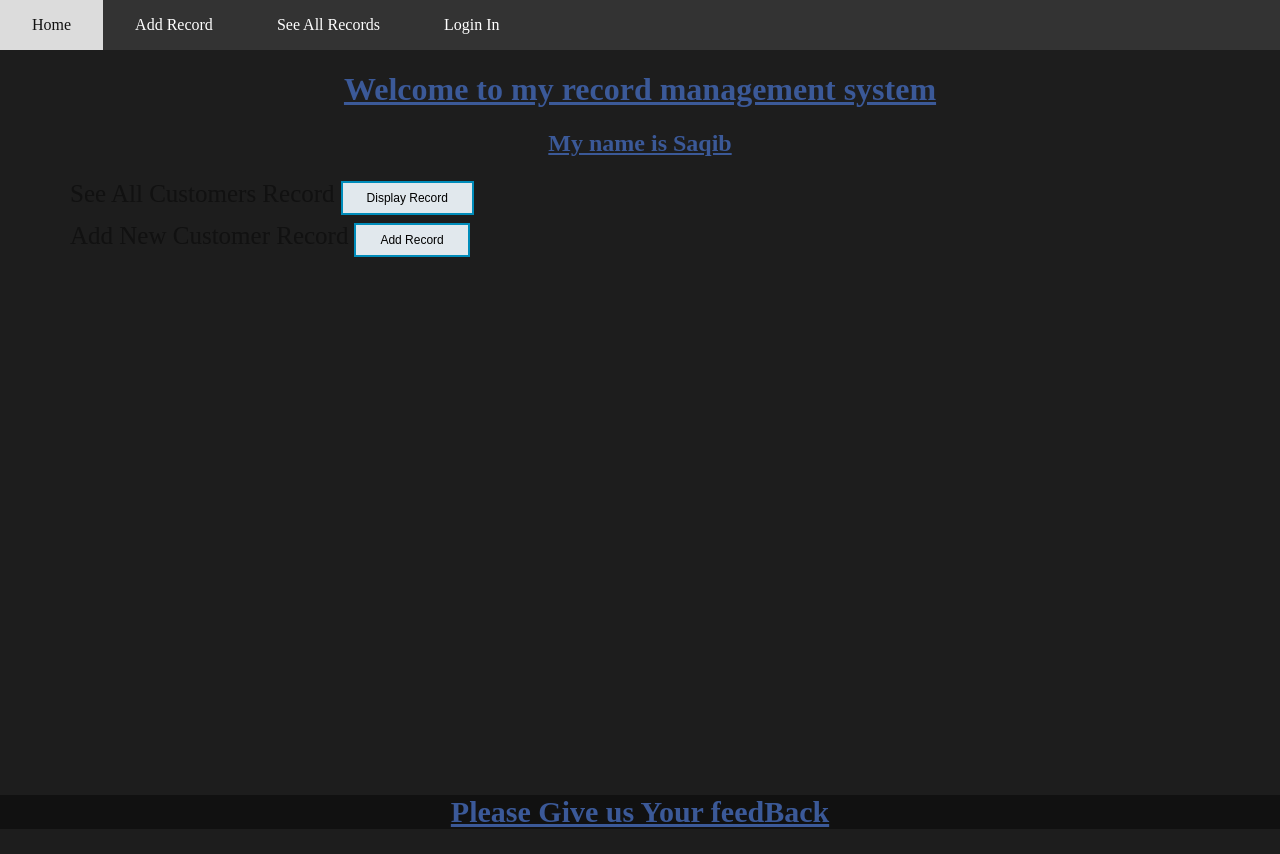
Repository: MUHAMMAD-SAQIB-2000/SpringBoot
Page: http://localhost/WebServiceRecordManagementSystem/home.jsp
An editor plug-in stored every save of this project. The page is shown before and after the next save, followed by the edit.
The browser window is 1280 px wide. The pictures show the whole page.
The page is served by Tomcat 9. Other server files are loaded and not shown.

Above is the page before, as saved 2020-08-12 13:45:30.

### WebServiceRecordManagementSystem/src/main/webapp/home.jsp
<%@ page language="java" contentType="text/html; charset=ISO-8859-1"
	pageEncoding="ISO-8859-1"%>
<!DOCTYPE html>
<html>
<head>
<meta charset="ISO-8859-1">
<title>Record Management System</title>
<link rel="stylesheet" href="style.css">
</head>
<body>
	<div>
		<ul>
			<li><a class="active" href="#home">Home</a></li>
			<li><a href="#news">Add Record</a></li>
			<li><a href="#contact">See All Records</a></li>
			<li><a href="#about">Login In</a></li>
		</ul>
	</div>

	<div class="mainBody">

		<h1 class="h">Welcome to my record management system</h1>
		<h2 class="h">My name is Saqib</h2>
		<div class="form">
			<label class="title">See All Customers Record</label>
			<button class="button button2"
				onclick="window.location.href = 'displayAllCustomers' ">Display
				Record</button>
			<br> <label class="title">Add New Customer Record</label>
			<button class="button button2"
				onclick="window.location.href = 'addCustomerForm' ">Add
				Record</button>
		</div>
	</div>
	<footer class="foter">
		<h2 class="h">Please Give us Your feedBack</h2>
	</footer>
</body>
</html>

### WebServiceRecordManagementSystem/src/main/webapp/style.css
@charset "ISO-8859-1";

body {
	margin: 0px;
	padding: 0px;
	background-color:#1d1d1d;
}

ul {
	list-style-type: none;
	margin: 0;
	padding: 0;
	overflow: hidden;
	background-color: #333;
	position: fixed;
	top: 0;
	width: 100%;
}

li {
	float: left;
}

li a {
	display: block;
	color: white;
	text-align: center;
	padding: 16px 32px;
	text-decoration: none;
	font-size:16px;
}

li a:hover {
	background-color: 	#DCDCDC;
	color:#111;
}

.active {
	background-color: #4CAF50;
}
.mainBody{
	padding: 20px 20px;
	margin-top:30px;
	height:700px;
}

.h {
	color: #3B5998;
	text-align: center;
	text-decoration: underline;
}

table, th, td {
	background-color: #E1E8ED;
	color: #111;
	text-align: center;
	border: 2px solid #008CBA;
	margin: 10px;
	padding: 5px;
}

th:hover, td:hover {
	border: 2px solid #111;
	background-color: #008CBA;
	color: white;
	transition-duration: 0.4s;
}

.tableCSS {
	background-color: #E1E8ED;
	color: #111;
	margin: 5% 22%;
}

.button {
	border: none;
	color: white;
	padding: 8px 24px;
	text-align: center;
	text-decoration: none;
	display: inline-block;
	font-size: 12px;
	margin: 4px 2px;
	transition-duration: 0.4s;
	cursor: pointer;
}

.button2 {
	background-color: #E1E8ED;
	color: black;
	border: 2px solid #008CBA;
}

.button2:hover {
	background-color: #008CBA;
	color: white;
}

.form {
	text-align: left;
	margin-left: 50px;
}

form {
	width: 100%;
	padding: 12px 20px;
	margin: 8px 0;
	box-sizing: border-box;
}

.title {
	font-size: 25px;
	color: #111;
}

.inputForm {
	width: 30%;
	padding: 10px 18px;
	margin: 6px 0;
	box-sizing: border-box;
	background-color: #F7F7F7;
	color: #111;
}

radiobutton {
	size: 10px;
}

option:hover {
	background-color: #008CBA;
	color: white;
}

a {
	text-decoration: none;
	color: #111;
}

a:hover {
	color: #fff;
	font-size: 16px;
}
.foter{
	background-color: #111;
	color:#fff;
	font-size:20px;
}

After the next save:
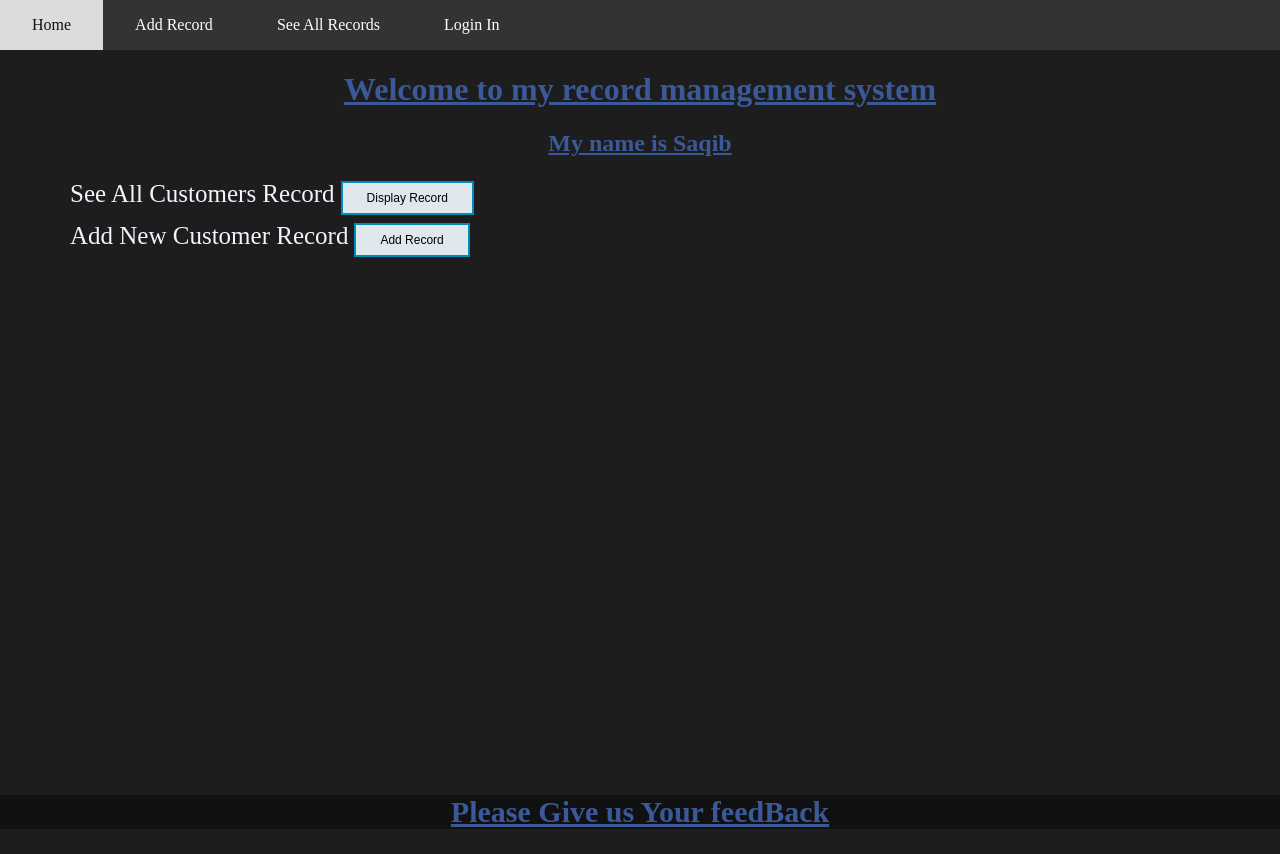
Saved 57 s later.
--- a/WebServiceRecordManagementSystem/src/main/webapp/style.css
+++ b/WebServiceRecordManagementSystem/src/main/webapp/style.css
@@ -110,7 +110,7 @@ form {
 
 .title {
 	font-size: 25px;
-	color: #111;
+	color: #eff4ff;
 }
 
 .inputForm {
